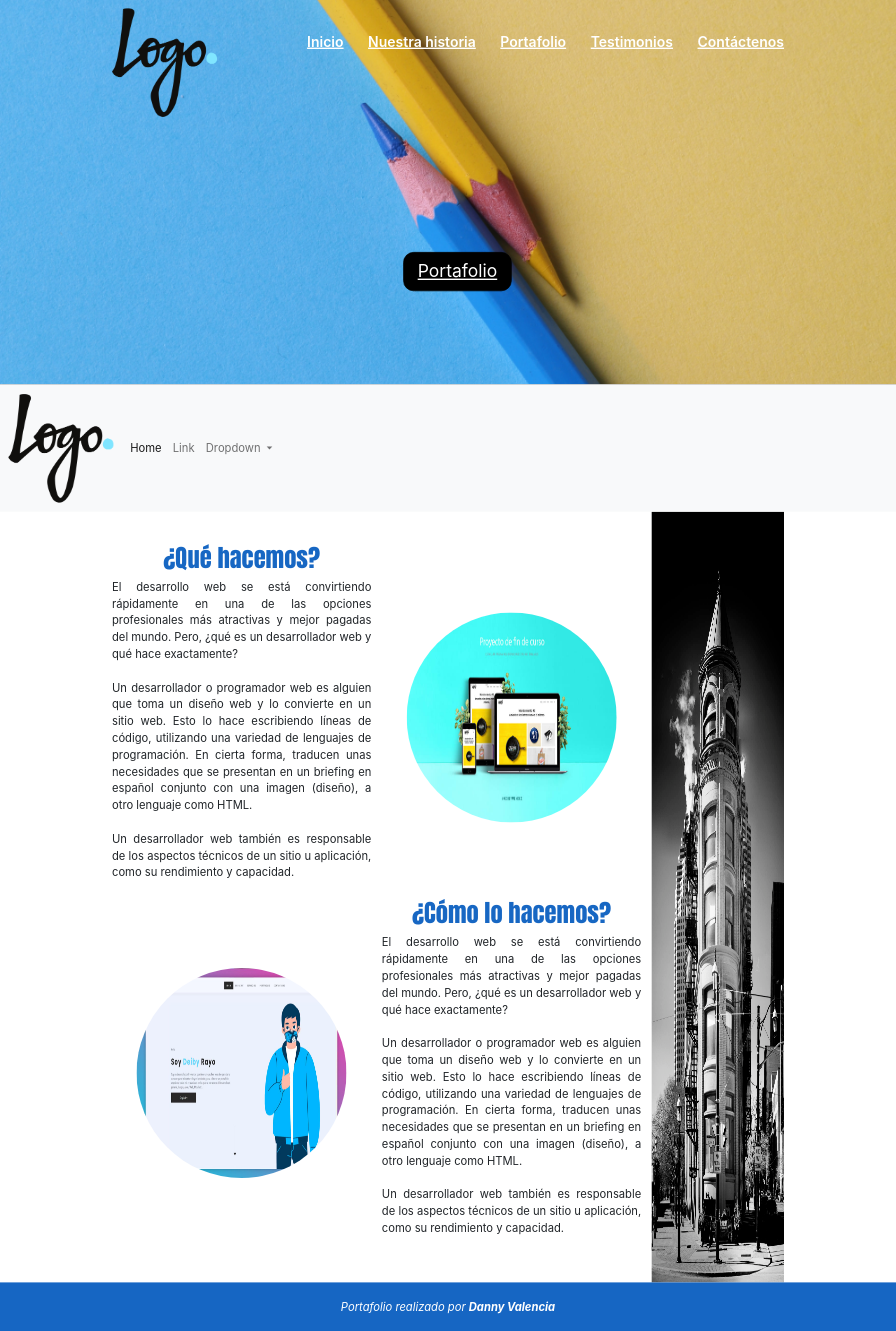
Repository: Dannyval1/Html-portafolio
Page: index.html
An editor plug-in stored every save of this project. The page is shown before and after the next save, followed by the edit.
The browser window is 1280 px wide. The pictures show the whole page, at 70% of full size.

Above is the page before, as saved 2022-02-13 18:05:15.

After the next save:
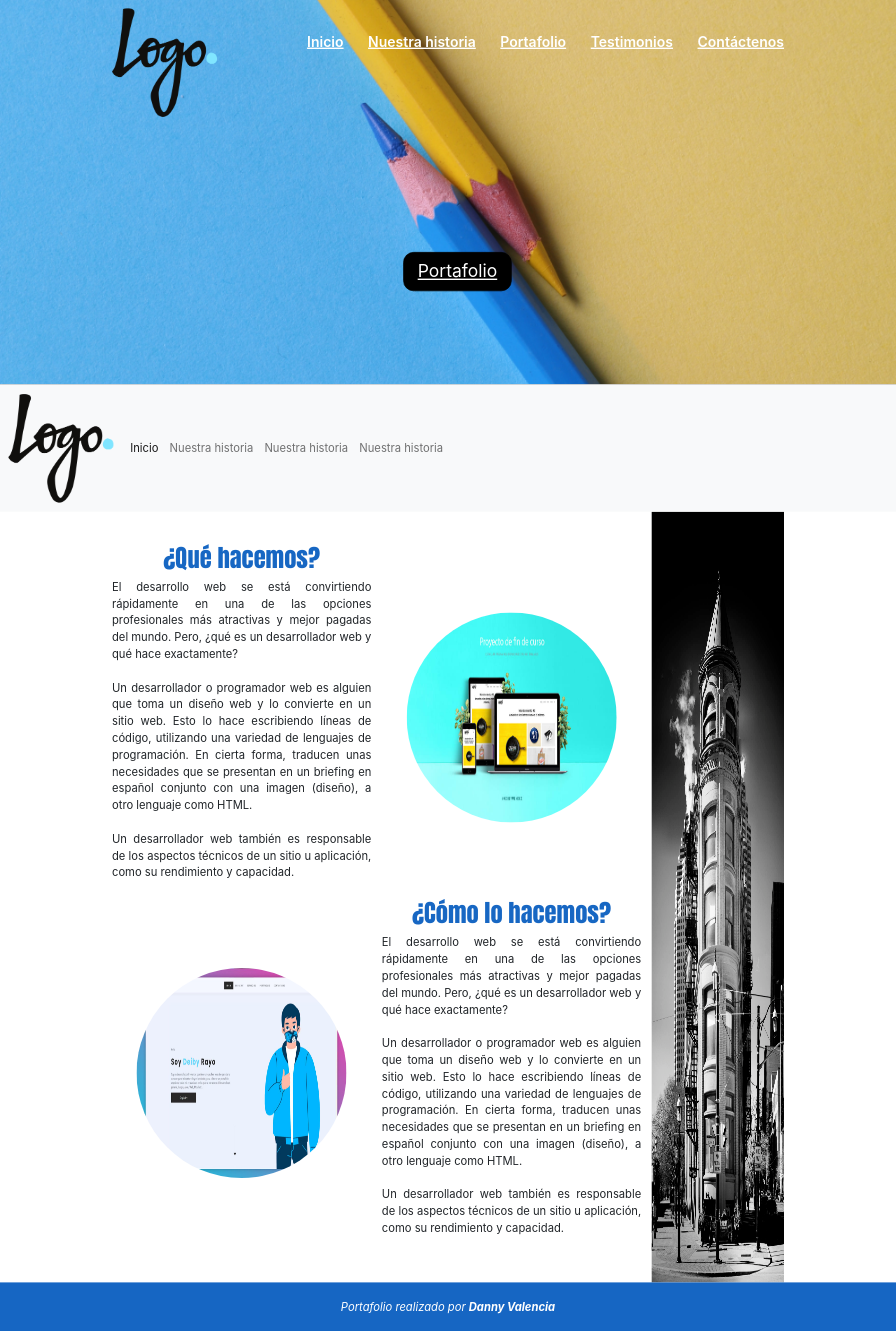
Saved 2 min 14 s later.
--- a/index.html
+++ b/index.html
@@ -67,21 +67,16 @@
         <div class="collapse navbar-collapse" id="navbarSupportedContent">
           <ul class="navbar-nav me-auto mb-2 mb-lg-0">
             <li class="nav-item">
-              <a class="nav-link active" aria-current="page" href="#">Home</a>
+              <a class="nav-link active" aria-current="page" href="index.html">Inicio</a>
             </li>
             <li class="nav-item">
-              <a class="nav-link" href="#">Link</a>
+              <a class="nav-link" href="historia.html">Nuestra historia</a>
             </li>
-            <li class="nav-item dropdown">
-              <a class="nav-link dropdown-toggle" href="#" id="navbarDropdown" role="button" data-bs-toggle="dropdown" aria-expanded="false">
-                Dropdown
-              </a>
-              <ul class="dropdown-menu" aria-labelledby="navbarDropdown">
-                <li><a class="dropdown-item" href="#">Action</a></li>
-                <li><a class="dropdown-item" href="#">Another action</a></li>
-                <li><hr class="dropdown-divider"></li>
-                <li><a class="dropdown-item" href="#">Something else here</a></li>
-              </ul>
+            <li class="nav-item">
+              <a class="nav-link" href="historia.html">Nuestra historia</a>
+            </li>
+            <li class="nav-item">
+              <a class="nav-link" href="historia.html">Nuestra historia</a>
             </li>
           </ul>
         </div>
